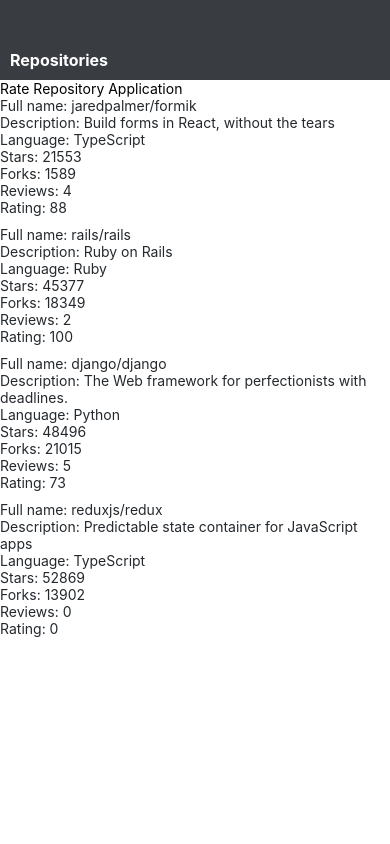
Repository: OrmeSile/react-native-FSO
Screen: / (app in rate-repository-app/)
The author's editor kept a copy of each file at every save. The screen is drawn from the files as they stood at one save, then again after a run of saves.
The app was drawn by React Native's web renderer in a window 390 px wide. The project was rebuilt for these pictures with package versions that can differ from the ones it lists, and the page was loaded fresh each time. Some packages were replaced by stand-ins written for this rebuild.

Above is the screen before, as saved 2022-05-15 16:44:50.

### rate-repository-app/src/components/Main.jsx
import { Text, StyleSheet, View } from 'react-native';
import AppBar from './AppBar';
import RepositoryList from './RepositoryList';

const styles = StyleSheet.create({
  container: {
    flexGrow: 1,
    flexShrink: 1,
  },
});

const Main = () => {
  return (
    <View style={styles.container}>
      <AppBar/>
      <Text>Rate Repository Application</Text>
        <RepositoryList />
    </View>
  );
};

export default Main;

### rate-repository-app/src/components/AppBar.jsx
import { View, StyleSheet, Pressable } from 'react-native';
import Text from './Text';
import Constants from 'expo-constants';
import theme from '../theme';

const styles = StyleSheet.create({
  container: {
    paddingTop: Constants.statusBarHeight,
    height: 80,
    backgroundColor: theme.colors.appBarBackgroundColor,
    opacity: 0.9,
    display: 'flex',
    flexDirection: 'row'
  },
  pressableTab: {
    display: 'flex',
    flexShrink: 1,
    alignItems: 'center',
    justifyContent: 'flex-end',
    padding: 10,
  },
  tabText: {
    color: 'white',
  }
});

const AppBar = () => {
  return <View style={styles.container}>
    <Pressable style={styles.pressableTab} onPress={() => console.log('pressed')}>
      <Text style={styles.tabText} fontWeight='bold' fontSize='subheading'>Repositories</Text>
    </Pressable>
  </View>;
};

export default AppBar;

### rate-repository-app/src/components/RepositoryList.jsx
import { FlatList, View, StyleSheet } from 'react-native';
import RepositoryItem from './RepositoryItem';

const styles = StyleSheet.create({
  separator: {
    height: 10,
  },
});

const repositories = [
  {
    id: 'jaredpalmer.formik',
    fullName: 'jaredpalmer/formik',
    description: 'Build forms in React, without the tears',
    language: 'TypeScript',
    forksCount: 1589,
    stargazersCount: 21553,
    ratingAverage: 88,
    reviewCount: 4,
    ownerAvatarUrl: 'https://avatars2.githubusercontent.com/u/4060187?v=4',
  },
  {
    id: 'rails.rails',
    fullName: 'rails/rails',
    description: 'Ruby on Rails',
    language: 'Ruby',
    forksCount: 18349,
    stargazersCount: 45377,
    ratingAverage: 100,
    reviewCount: 2,
    ownerAvatarUrl: 'https://avatars1.githubusercontent.com/u/4223?v=4',
  },
  {
    id: 'django.django',
    fullName: 'django/django',
    description: 'The Web framework for perfectionists with deadlines.',
    language: 'Python',
    forksCount: 21015,
    stargazersCount: 48496,
    ratingAverage: 73,
    reviewCount: 5,
    ownerAvatarUrl: 'https://avatars2.githubusercontent.com/u/27804?v=4',
  },
  {
    id: 'reduxjs.redux',
    fullName: 'reduxjs/redux',
    description: 'Predictable state container for JavaScript apps',
    language: 'TypeScript',
    forksCount: 13902,
    stargazersCount: 52869,
    ratingAverage: 0,
    reviewCount: 0,
    ownerAvatarUrl: 'https://avatars3.githubusercontent.com/u/13142323?v=4',
  },
];

const ItemSeparator = () => <View style={styles.separator} />;

const RepositoryList = () => {
  return (
    <FlatList
      data={repositories}
      ItemSeparatorComponent={ItemSeparator}
      renderItem={({ item }) => (
        <RepositoryItem key={item.id} item={item}/>
      )}
    />
  );
};

export default RepositoryList;

### rate-repository-app/src/components/Text.jsx
import { Text as NativeText, StyleSheet } from 'react-native';

import theme from '../theme';

const styles = StyleSheet.create({
  text: {
    color: theme.colors.textPrimary,
    fontSize: theme.fontSizes.body,
    fontFamily: theme.fonts.main,
    fontWeight: theme.fontWeights.normal,
  },
  colorTextSecondary: {
    color: theme.colors.textSecondary,
  },
  colorPrimary: {
    color: theme.colors.primary,
  },
  fontSizeSubheading: {
    fontSize: theme.fontSizes.subheading,
  },
  fontWeightBold: {
    fontWeight: theme.fontWeights.bold,
  },
});

const Text = ({ color, fontSize, fontWeight, style, ...props }) => {
  const textStyle = [
    styles.text,
    color === 'textSecondary' && styles.colorTextSecondary,
    color === 'primary' && styles.colorPrimary,
    fontSize === 'subheading' && styles.fontSizeSubheading,
    fontWeight === 'bold' && styles.fontWeightBold,
    style,
  ];

  return <NativeText style={textStyle} {...props} />;
};

export default Text;

### rate-repository-app/src/theme.js
const theme = {
  colors: {
    textPrimary: '#24292e',
    textSecondary: '#586069',
    primary: '#0366d6',
    appBarBackgroundColor: '#24292e'
  },
  fontSizes: {
    body: 14,
    subheading: 16,
  },
  fonts: {
    main: 'System',
  },
  fontWeights: {
    normal: '400',
    bold: '700',
  },
};

export default theme;

### rate-repository-app/src/components/RepositoryItem.jsx
import { View } from 'react-native';
import Text from './Text';

const RepositoryItem = ({ item }) => {
  return (
    <View>
      <Text>Full name: {item.fullName}</Text>
      <Text>Description: {item.description}</Text>
      <Text>Language: {item.language}</Text>
      <Text>Stars: {item.stargazersCount}</Text>
      <Text>Forks: {item.forksCount}</Text>
      <Text>Reviews: {item.reviewCount}</Text>
      <Text>Rating: {item.ratingAverage}</Text>
    </View>
  );
};

export default RepositoryItem;

Loaded but not shown: rate-repository-app/App.js (common file)

After the next 2 saves:
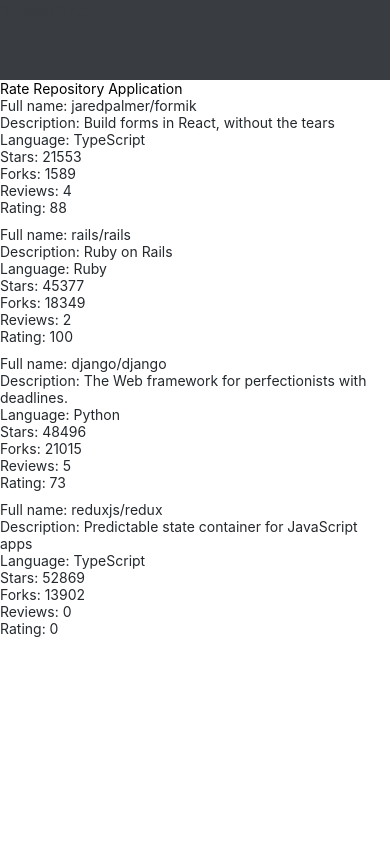
The 2 saves are shown as one change because they came seconds apart.
The last was saved 15 s later.
--- a/rate-repository-app/src/components/AppBar.jsx
+++ b/rate-repository-app/src/components/AppBar.jsx
@@ -12,16 +12,6 @@
     display: 'flex',
     flexDirection: 'row'
   },
-  pressableTab: {
-    display: 'flex',
-    flexShrink: 1,
-    alignItems: 'center',
-    justifyContent: 'flex-end',
-    padding: 10,
-  },
-  tabText: {
-    color: 'white',
-  }
 });
 
 const AppBar = () => {
